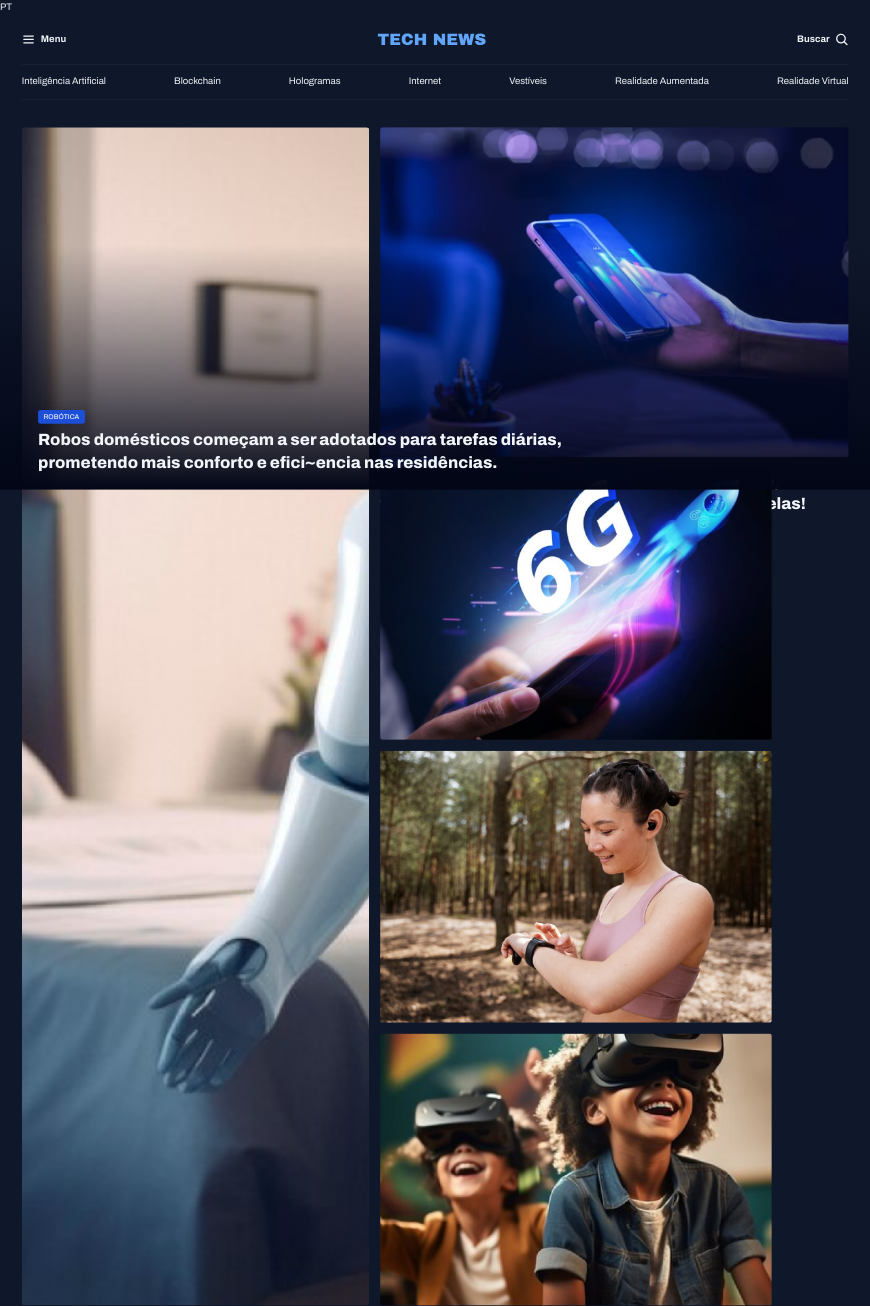
Repository: JeffRodFer/portalDeNoticias
Page: index.html
The author's editor kept a copy of each file at every save. The page is drawn from the files as they stood at one save, then again after a run of saves.
The browser window is 1280 px wide. The pictures show the whole page, at 68% of full size.

Above is the page before, as saved 2025-04-15 21:54:28.

### index.html
PT<!DOCTYPE html>
<html lang="pt-BR">
  <head>
    <link rel="preconnect" href="https://fonts.googleapis.com">
  <link rel="preconnect" href="https://fonts.gstatic.com" crossorigin>
  <meta charset="UTF-8">
  <meta name="viewport" content="width=device-width, initial-scale=1.0">
  <title>Portal de Notícias</title>
  <link rel="stylesheet" href="styles/index.css">

  <link href="https://fonts.googleapis.com/css2?family=Archivo:ital,wght@0,100..900;1,100..900&family=Bree+Serif&family=Poppins:wght@400;700&display=swap" rel="stylesheet">

</head>
<body>
  <header class="container">
    <nav id="primary" class="grid grid-flow-col">
      <div>
        <img src="assets/icons/List.svg" alt="ícone de menu">
        <strong>Menu</strong>
      </div>
        <div>
          <img src="assets/Logo (1).svg" alt="TechNews logo">
        </div>
        <div>
          <strong>Buscar</strong>
          <img src="assets/icons/MagnifyingGlass.svg" alt="ícone de lupa para pesquisa">
        </div>
    </nav>
    <nav id="secondary" class="grid grid-flow-col">
      <a href="#">Inteligência Artificial</a>
      <a href="#">Blockchain</a>
      <a href="#">Hologramas</a>
      <a href="#">Internet</a>
      <a href="#">Vestíveis</a>
      <a href="#">Realidade Aumentada</a>
      <a href="#">Realidade Virtual</a>
    </nav>
  </header>
  <main class="grid container">
    <section id="featured" class="grid grid-flow-col gap-16">
      <figure class="card">
        <img src="assets/images/Image 01.png" alt="">

        <figcaption>
          <span class="content-tag">robótica</span>
          <h2 class="text-2xl">
            Robos domésticos começam a ser adotados para tarefas diárias, <br> prometendo mais conforto e efici~encia nas residências.
          </h2>
        </figcaption>
      </figure>
      <div class="grid grid cols-2 gap-16">
        <figure>
          <img src="assets/images/Image 02.png" alt="Novo Smartphone Projetor 3D chega ao mercado, transformando a forma como vemos as nossas telas!">

          <figcaption>
            <span class="content-tag">Hologramas</span>
            <h2 class="text-2xl">
              Novo Smartphone Projetor 3D chega ao mercado, transformando a forma como vemos as nossas telas!
            </h2>
          </figcaption>
        </figure>
        <figure>
          <img src="assets/images/Image 03.png" alt="">
      </figure>
        <figure>
          <img src="assets/images/Image 04.png" alt="">
        </figure>
        <figure>
          <img src="assets/images/Image 05.png" alt="">
        </figure>
      </div>
    </section>
  </main>
</body>
</html>

### styles/global.css
* {
  margin: 0;
  padding: 0;
  box-sizing: border-box;
}

:root {
  --brand-color-light: #60a5fa ;
  --brand-color-dark: #1d4ed8;
  --bg-color: #0f172a;
  --stroke-color: #1e293b;
  --text-color-primary: #f1f5f9;
  --text-color-secondary: #cbd5e1;

  --font-family: 'Archivo', sans-serif;
  --h1: 800 24px/135% var(--font-family);
  --h2: 800 16px/140% var(--font-family);
  --h3: 800 14px/140% var(--font-family);
  --text-span: 400 16px/140% var(--font-family);
  --text: 400 14px/160% var(--font-family);

}

body {
  font: var(--text);
  color: var(--text-color-primary);
  background-color: var(--bg-color);
}

a {
  text-decoration: none;
  color: inherit;
}

a:hover {
  color: var(--brand-color-light);
}

h1,h2,h3 {
  font:inherit;
}

img {
  max-width: 100%;
}

.container {
  max-width: 1280px;
  padding-inline: 32px;
  margin-inline: auto;
}
main {
  margin-top: 40px ;
}
.content-tag {
  display: inline-block;
  background-color: var(--brand-color-dark);
  padding: 4px 8px;
  border-radius: 4px;
  font: 500 10px/1.2 var(--font-family);
  text-transform: uppercase;
  color: var(--text-color-primary);
  box-shadow: 0px 4px 16px rgba(2, 3, 23, 0.251);
}

### styles/utility.css
/* utility-first */
.grid {
  display: grid;
}
.grid-flow-col {
  grid-auto-flow: column;
}

.grid-cols-2 {
  grid-template-columns: 1fr 1fr;
}

.gap-16 {
  gap: 16px;
}

.text-2xl {
  font: var(--h1);
}
.text-2x {
  font: var(--h2);
}
.text-lg {
  font: var(--h3);
}
.text-sm {
  font: var(--text-sm);
}

### styles/header.css
#primary {
  padding-block: 20px;

  div {
    display: flex;
    align-items: center;
    gap: 8px;
  }

  /* nesting css */
  div:nth-child(2) {
    margin-inline: auto;
}
div:nth-child(3) {
  justify-self: end;
}
}
#secondary {
  padding-block: 14px;
  border: solid 1px var(--stroke-color);
  border-inline: none;
  justify-content: space-between;
}

### styles/sections.css
#featured {
  img {
    height: 100%;
    object-fit: cover;
    border-radius: 4px;
  }
.card {
  border-radius: 4px;
  overflow: hidden;
  object-fit: relative;

  &::before {
   content: "";
   position: absolute;
   inset: 0;
   top: 50%;
   background: linear-gradient(
    180deg,
    transparent 0%,
    #020617 100%
   );
  }
  figcaption {
    position: absolute;
    bottom: 0;

    padding: 24px;

    h2 {
      margin-top: 8px;
    }
  }
}
}

Loaded but not shown: styles/index.css (common file)

After the next 2 saves:
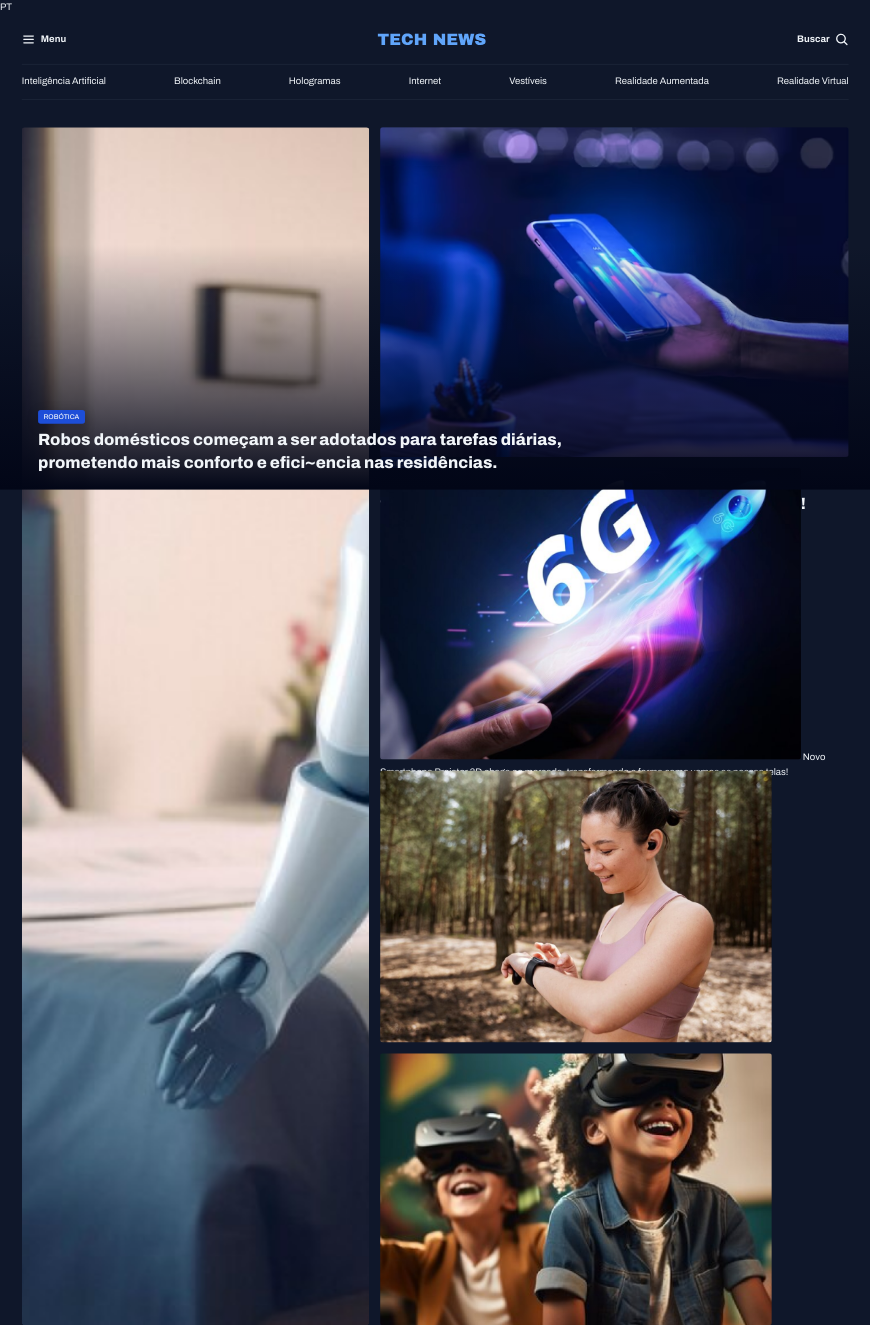
The 2 saves are shown as one change because they came seconds apart.
The last was saved 30 s later.
--- a/index.html
+++ b/index.html
@@ -61,6 +61,8 @@
         </figure>
         <figure>
           <img src="assets/images/Image 03.png" alt="">
+
+          Novo Smartphone Projetor 3D chega ao mercado, transformando a forma como vemos as nossas telas!
       </figure>
         <figure>
           <img src="assets/images/Image 04.png" alt="">

After the save that followed:
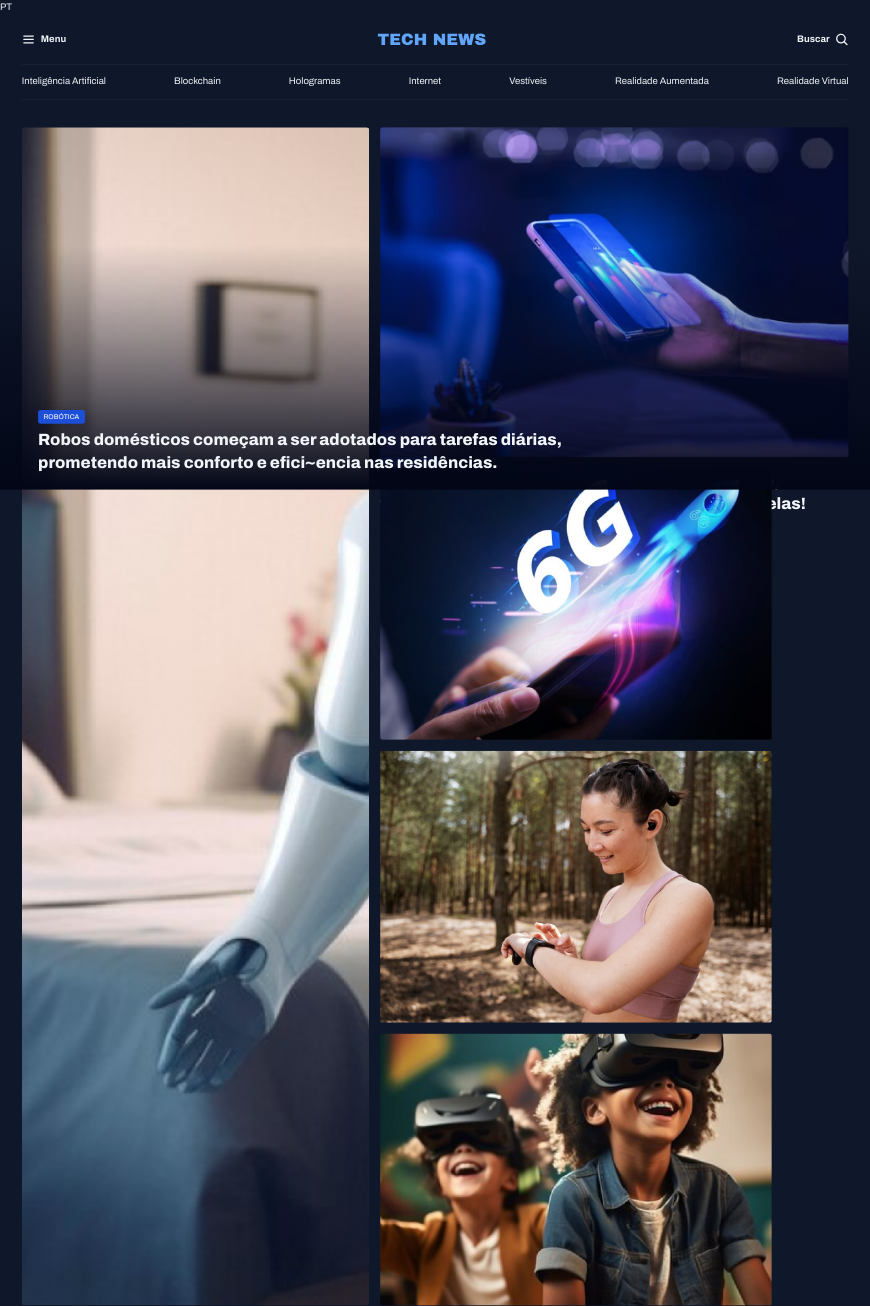
Saved 4 s later.
--- a/index.html
+++ b/index.html
@@ -62,7 +62,7 @@
         <figure>
           <img src="assets/images/Image 03.png" alt="">
 
-          Novo Smartphone Projetor 3D chega ao mercado, transformando a forma como vemos as nossas telas!
+
       </figure>
         <figure>
           <img src="assets/images/Image 04.png" alt="">
